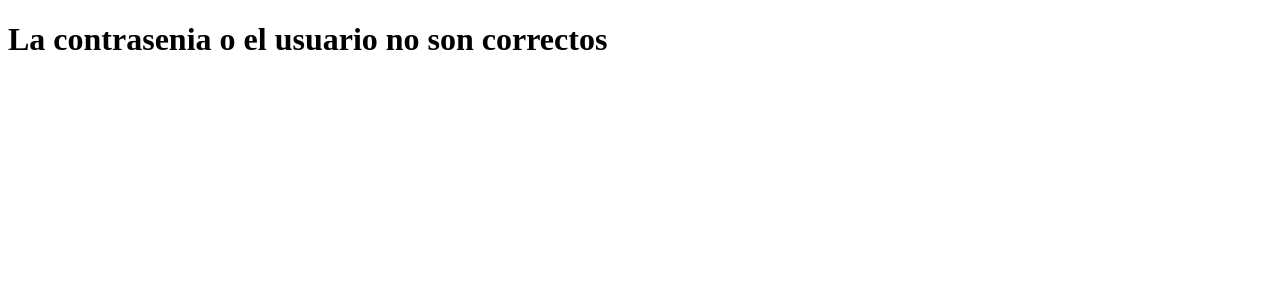
Repository: fjbalbuena71/java_nociones
Page: 05_Web/WebContent/error.html
These files come from the project's save history. The page is drawn as it stood at one moment and after the next save; the edit follows.
The browser window is 1280 px wide. The pictures show the whole page.

Above is the page before, as saved 2019-04-25 09:53:53.

### 05_Web/WebContent/error.html
<!DOCTYPE html>
<html>
<head>
<meta charset="UTF-8">
<title>Insert title here</title>
</head>
<body>
	<h1>La contrasenia o el usuario no son correctos</h1>
</body>
</html>

After the next save:
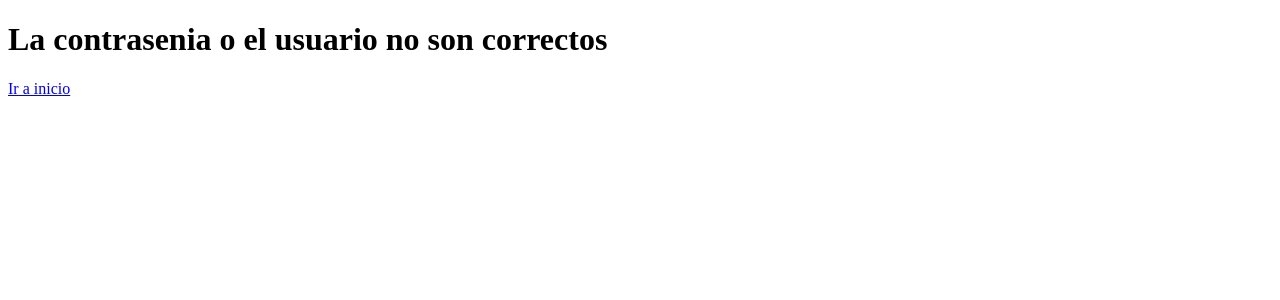
Saved 2 min 2 s later.
--- a/05_Web/WebContent/error.html
+++ b/05_Web/WebContent/error.html
@@ -6,5 +6,6 @@
 </head>
 <body>
 	<h1>La contrasenia o el usuario no son correctos</h1>
+	<a href="inicio.html"> Ir a inicio</a>
 </body>
 </html>
